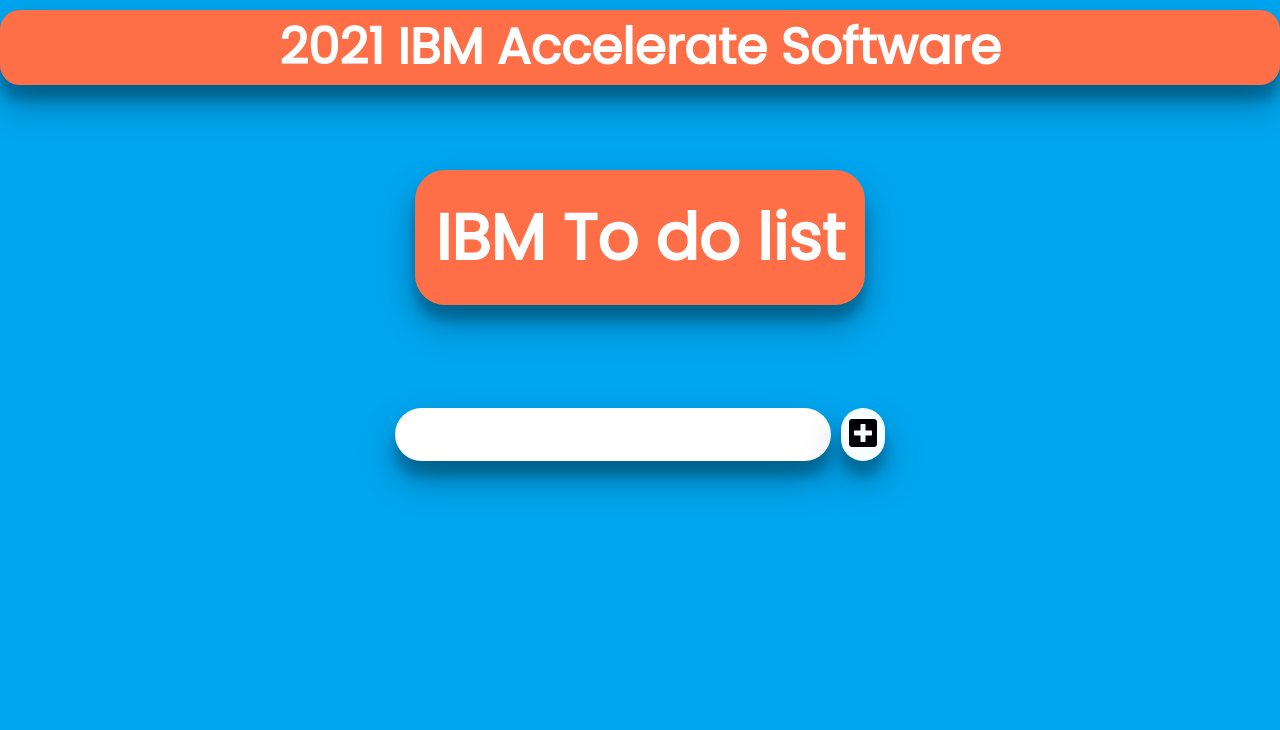
Repository: 2021-IBM-Accelerate-SW-Track/lab-1-team-34
Page: /
An editor plug-in stored every save of this project. The page is shown before and after the next save, followed by the edit.
The browser window is 1280 px wide. The pictures show the whole page.
Some web libraries are served in a nearby version. The project was rebuilt for these pictures with package versions that can differ from the ones it lists, and the page was loaded fresh each time. Also part of the build but not shown: src/components/Todo.js.

Above is the page before, as saved 2021-06-16 18:32:31.

After the next save:
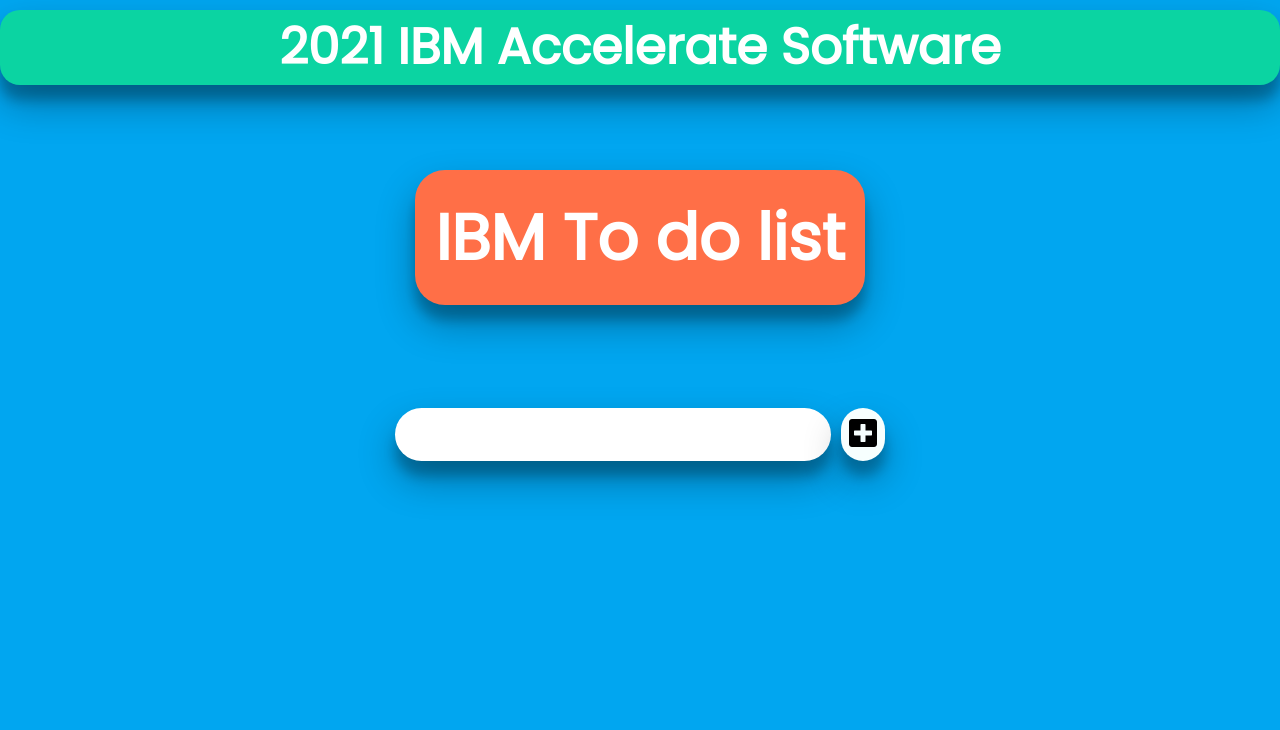
Saved 48 s later.
--- a/src/components/header/header.css
+++ b/src/components/header/header.css
@@ -1,6 +1,6 @@
 .header {
   font-size: 50px;
-  background-color: #ff6f47;
+  background-color: rgb(11, 212, 162);
   color: white;
   font-weight: bold;
   text-align: center;

After the save that followed:
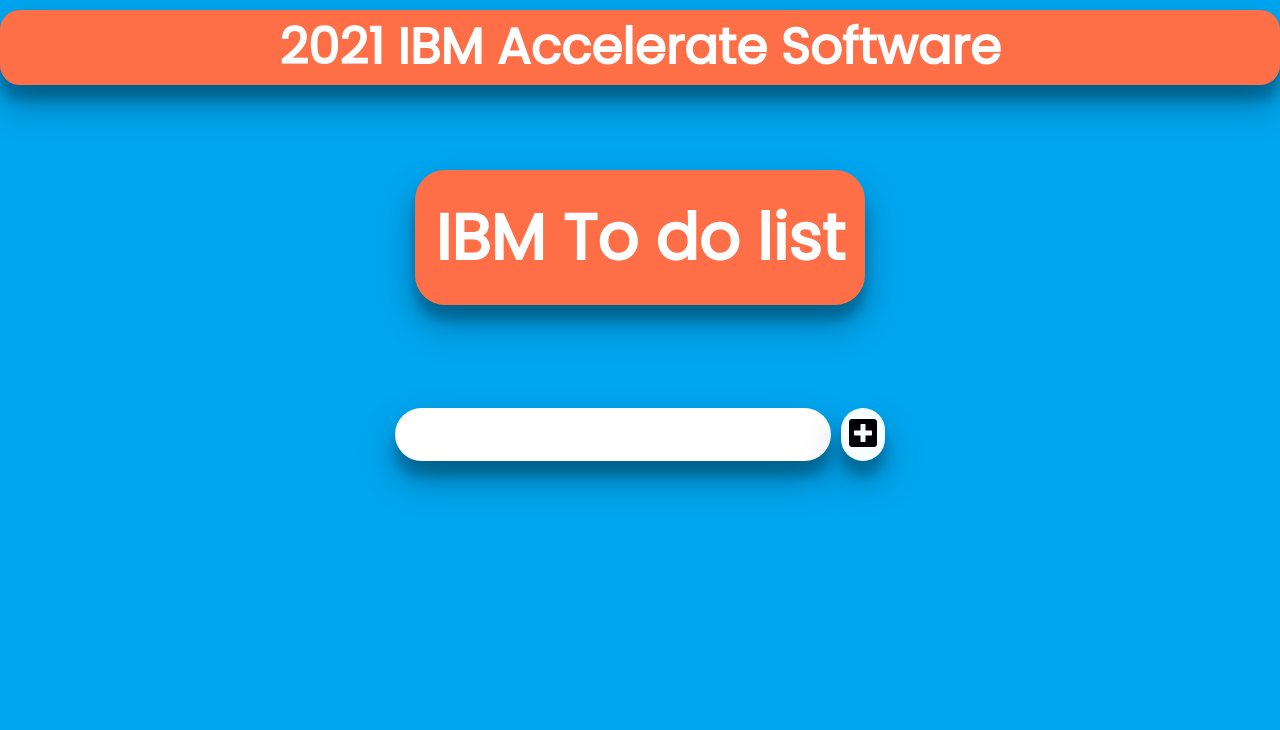
Saved 14 s later.
--- a/src/components/header/header.css
+++ b/src/components/header/header.css
@@ -1,6 +1,6 @@
 .header {
   font-size: 50px;
-  background-color: rgb(11, 212, 162);
+  background-color: #ff6f47;
   color: white;
   font-weight: bold;
   text-align: center;
